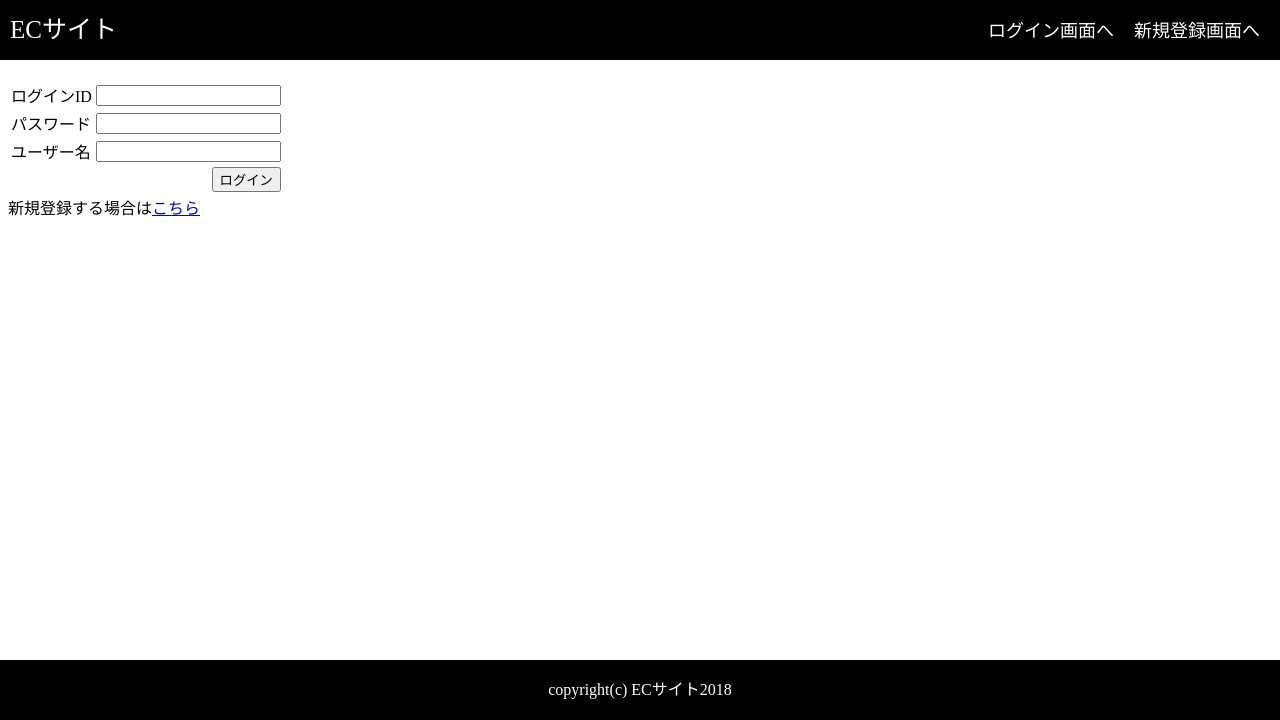
Repository: nyanya02/ECsite
Page: http://localhost/ECsite/signin.jsp
These files come from the project's save history. The page is drawn as it stood at one moment and after the next save; the edit follows.
The browser window is 1280 px wide. The pictures show the whole page.
The page is served by Tomcat 9.

Above is the page before, as saved 2018-04-26 13:55:16.

After the next save:
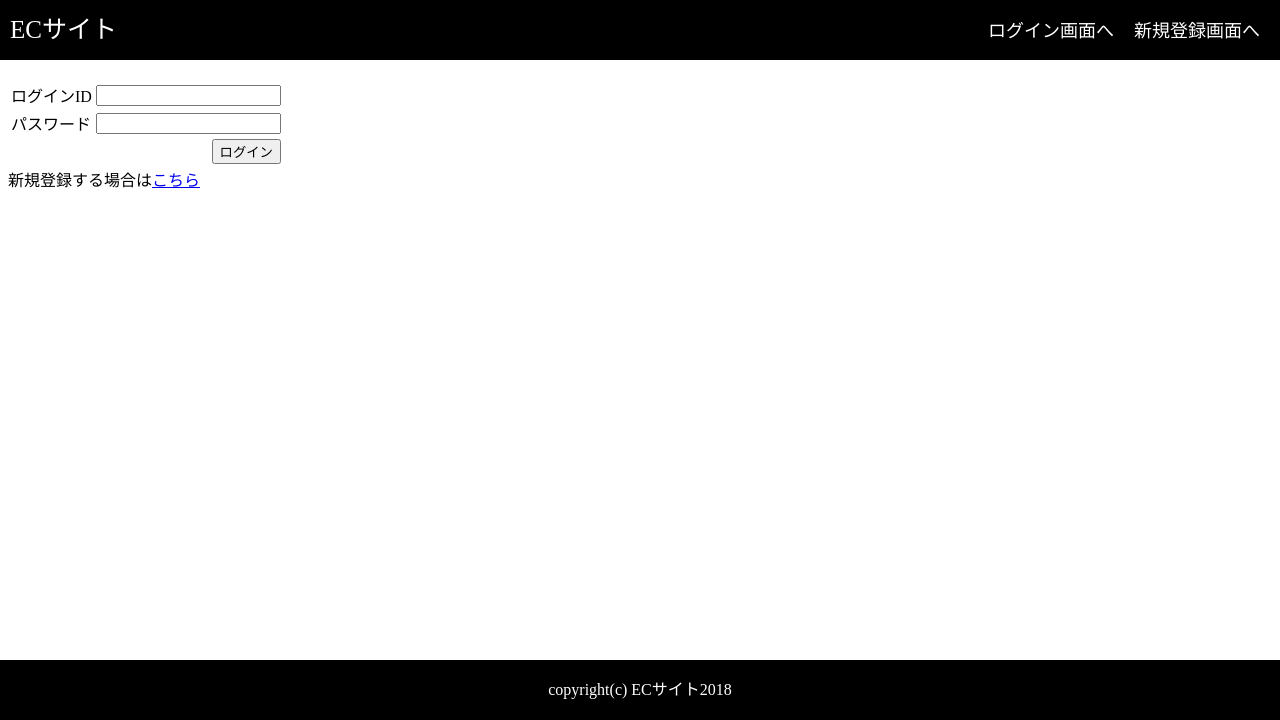
Saved 5 min 24 s later.
--- a/ECsite/WebContent/signin.jsp
+++ b/ECsite/WebContent/signin.jsp
@@ -110,10 +110,6 @@
 						<td><label>パスワード</label></td>
 						<td><input type="text" name="loginPassword" value=""></td>
 					</tr>
-					<tr>
-						<td><label>ユーザー名</label></td>
-						<td><input type="text" name="loginUser" value=""></td>
-					</tr>
 
             		<s:submit value="ログイン"/>
 
